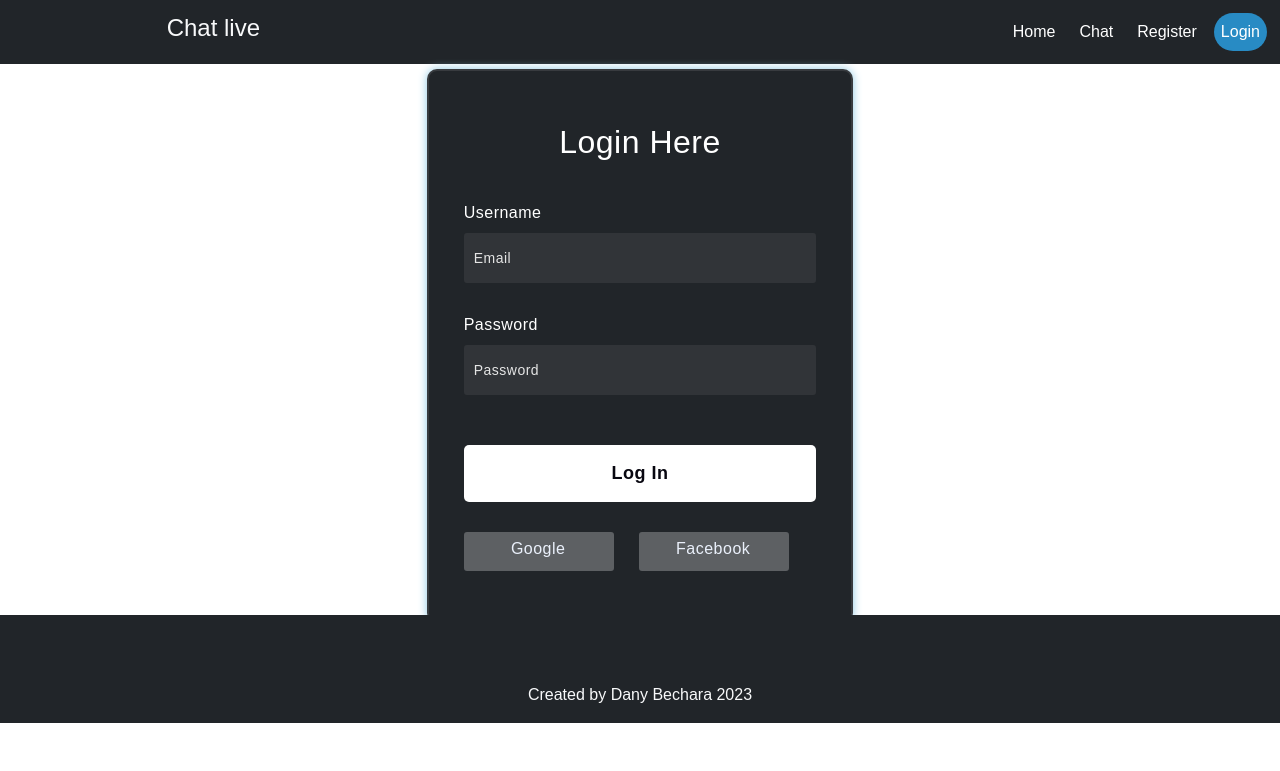
Repository: bechara611/chatv2
Page: /login
The author's editor kept a copy of each file at every save. The page is drawn from the files as they stood at one save, then again after the next save.
The browser window is 1280 px wide. The pictures show the whole page.
The project was rebuilt for these pictures with package versions that can differ from the ones it lists, and the page was loaded fresh each time. Also part of the build but not shown: src/auth/components/register.jsx, src/ui/components/Home.jsx.

Above is the page before, as saved 2023-03-03 14:40:28.

### src/index.js
import React from 'react';
import ReactDOM from 'react-dom/client';
import './index.css';
import App from './App';
import { BrowserRouter } from 'react-router-dom';
import 'bootstrap/dist/css/bootstrap.min.css'
import 'bootstrap/dist/js/bootstrap.bundle.js'

const root = ReactDOM.createRoot(document.getElementById('root'));
root.render(
  <BrowserRouter>
    <App />
    </BrowserRouter>
);

### src/index.css
*{
  font-family: 'Poppins',sans-serif;
}

### src/App.js
import React from 'react'
import { Rutas } from './Router/Routes';
import { Header } from './ui/components/Header';
import './App.css'
import { Footer } from './ui/components/Footer';
const App = () => {
  return (
    <>
      <div className="contenedor-completo">
        <Header></Header>
        <Rutas></Rutas>
       <Footer></Footer>

      </div>
    </>
  )
}
export default App;

### src/Router/Routes.jsx
import React from 'react'
import { Navigate, Route, Routes } from 'react-router-dom'
import { Login } from '../auth/components/login'
import { Register } from '../auth/components/register'
import { Home } from '../ui/components/Home'

export const Rutas = () => {

    return (

        <Routes>
            <Route path='/' element={<Home></Home>}></Route>
            <Route path='/login' element={<Login></Login>}></Route>
            <Route path='/register' element={<Register></Register>}></Route>
            <Route path='/chat' element={<h1>chat</h1>}></Route>
            <Route path='/*' element={<Navigate to={'/'}></Navigate>}></Route>
        </Routes>

    )
}

### src/ui/components/Header.jsx
import React from 'react'
import { NavLink } from 'react-router-dom'
import './Header.css'
export const Header = () => {
  return (
    <>

      <div className=" bg-dark contenedor-header col-12">
        <div className="titulo-header col-sm-4 col-12">
          <h4 className='text-light'>Chat live</h4>

        </div>
        <div className="col-sm-8 col-12  contenedor-menu">
          <nav className=' m-2 nav'>

            <NavLink className={ ({isActive}) => `item-menu  ${ isActive ? 'activeLink':'' }` } to={'/'} >Home</NavLink>
            <NavLink className={ ({isActive}) => `item-menu  ${ isActive ? 'activeLink':'' }` } to={'/chat'} >Chat</NavLink>
            <NavLink className={ ({isActive}) => `item-menu  ${ isActive ? 'activeLink':'' }` } to={'/register'} >Register</NavLink>
            <NavLink className={ ({isActive}) => `item-menu  ${ isActive ? 'activeLink':'' }` } to={'/login'} >Login</NavLink>
            </nav>
        </div>




      </div>
    </>

  )
}

### src/App.css
.contenedor-completo{
    min-height: 100vh;
   position: relative;
}

### src/ui/components/Footer.jsx
import React from 'react'
import './Footer.css'


let linkdn="https://linkedin.com/in/DanyBechara";
let correo="mailto:bechara611@gmail.com";
let blank='_blank';
let github='https://github.com/bechara611';
let whatssap='https://wa.me/584120361952';

export const Footer = () => {
  return (
    <>
      {/*Aca este footer le estamos colocando una posicion absolute y a su padre relativa para poder ubicarlo al final de su div padre */}
      <div className="footer col-12 mt-5 pt-1 bg-dark">
      <a href={linkdn} target={blank} className='animate__animated animate__lightSpeedInLeft'><i className=" linkdin fa-brands fa-linkedin iconoRedes"></i></a>
      <a href={whatssap} target={blank}  className='animate__animated animate__lightSpeedInLeft'><i className="whatssap fa-brands fa-whatsapp iconoRedes"></i></a>
      <a href={correo} target={blank}  className='animate__animated animate__lightSpeedInLeft'><i className="gmail fa-solid  fa-envelope iconoRedes"></i></a>
      <a href={github} target={blank}  className='  animate__animated animate__lightSpeedInLeft'><i className=" github fa-brands fa-github iconoRedes"></i></a>

     <div className="col-12 contenedor-mensaje-footer mt-1">
     <div className="col-12 contenedor-mensaje-footer">
     <p className='mensaje text-light'>Created by Dany Bechara {new Date().getFullYear().toString()}</p>
     </div>

     </div>
      </div>
    </>

  )
}

### src/auth/components/login.jsx
import React from 'react'
import './login.css'
export const Login = () => {
    return (
        <>
            <div className="col-12 contenedor-loginRegistro">
                <div className="col-4">
                    <form className='bg-dark formularioLoginRegister'>
                        <h3>Login Here</h3>

                        <label htmlFor="username">Username</label>
                        <input type="text" placeholder="Email" className='inputLoginRegister' id="username"></input>

                        <label htmlFor="password">Password</label>
                        <input type="password" placeholder="Password" className='inputLoginRegister' id="password"></input>

                        <button className='btnLoginRegister'>Log In</button>
                        <div className="social">
                            <div className="go"><i className="fab fa-google"></i>  Google</div>
                            <div className="fb"><i className="fab fa-facebook"></i>  Facebook</div>
                        </div>
                    </form>
                </div>
            </div>

            <div className="m-5 separador bg-primary"></div>
        </>
    )
}

### src/ui/components/Header.css
.contenedor-header{
    display: flex;
    flex-direction: row;
    flex-wrap: wrap;
}
.titulo-header{
    text-align: center;
    padding: 5px;
    display: flex;
    flex-direction: row;
    justify-content: center;
    align-items: center;
    align-self: center;
}
.contenedor-menu{
    display: flex;
    flex-direction: row;
    flex-wrap: nowrap;
    justify-content: flex-end;

}
.item-menu{
   margin: 5px;
   text-decoration: none;
   color: white;
  transition: all 1s ease;
   padding: 7px;
   border-radius: 20px;
}
.activeLink{
    background: rgb(40, 139, 196);
}
.item-menu:hover{
    text-decoration: none;
    background: rgb(40, 139, 196);
    color: white;
}

@media(max-width:577px){
.contenedor-menu{
        justify-content: center;
        text-align: center;
        align-self: center;
        align-items: center;
        flex-wrap: nowrap;
    }
    .nav{
        justify-content: center;
        text-align: center;
        align-self: center;
        align-items: center;
        flex-wrap: nowrap;
    }
    .item-menu{
    padding: 0px;
    }
}

### src/ui/components/Footer.css
.footer {

    background: #e5e5e5;
    position: absolute;
    bottom: 0%;
    display: flex;
    flex-direction: row;
    justify-content: center;
    text-align: center;
    align-items: center;
    justify-items: center;
    flex-wrap: wrap;

}


.iconoRedes {
    font-size: 40px;
    padding-left: 10px;
    margin: 5px;

}

.github:hover {
    color: #4b3074;

}
.github{
    color: #6e5494;
}

.whatssap:hover {
    color: #0c903c;
}
.whatssap{
    color: #25d366;

}

.gmail:hover {
    color: #e65f5f;
}

.gmail{
    color: #cc0000;
}

.linkdin:hover {
    color: #0780ac;
}

.linkdin{
    color: #0377a1;
}

.contenedor-mensaje-footer {
    display: flex;
    flex-direction: row;
    justify-content: center;
    text-align: center;
    align-items: center;
    justify-items: center;
}

/*?RESPONSIVE*/

@media(max-width:255px) {
    .iconoRedes {
        font-size: 30px;
        padding-left: 5px;
    }

    .mensaje {
        font-size: 10px;
    }
}

### src/auth/components/login.css
*,
*:before,
*:after{
    padding: 0;
    margin: 0;
    box-sizing: border-box;
}

.contenedor-loginRegistro{
  margin-top: 5px;
  display: flex;
  flex-direction: row;
  justify-content: center;
  align-items: center;
}

  .formularioLoginRegister{
    margin-bottom: 100px;
    background-color: rgb(29, 29, 29,.6);
    top: 50%;
    left: 50%;
    border-radius: 10px;
    backdrop-filter: blur(10px);
    border: 2px solid rgba(255,255,255,0.1);
    box-shadow: 0 0 10px rgba(142, 201, 228, 1);
    padding: 50px 35px;
}
.formularioLoginRegister *{

    color: #ffffff;
    letter-spacing: 0.5px;
    outline: none;
    border: none;
}
.formularioLoginRegister h3{
    font-size: 32px;
    font-weight: 500;
    line-height: 42px;
    text-align: center;
}

label{
    display: block;
    margin-top: 30px;
    font-size: 16px;
    font-weight: 500;
}
.inputLoginRegister{
    display: block;
    height: 50px;
    width: 100%;
    background-color: rgba(255,255,255,0.07);
    border-radius: 3px;
    padding: 0 10px;
    margin-top: 8px;
    font-size: 14px;
    font-weight: 300;
}
::placeholder{
    color: #e5e5e5;
}
.btnLoginRegister{
    margin-top: 50px;
    width: 100%;
    background-color: #ffffff;
    color: #080710;
    padding: 15px 0;
    font-size: 18px;
    font-weight: 600;
    border-radius: 5px;
    cursor: pointer;
}
.btnLoginRegister:hover{
  background: #94b1dd;;
}
.social{
  margin-top: 30px;
  display: flex;
}
.social div{
  background: red;
  width: 150px;
  border-radius: 3px;
  padding: 5px 10px 10px 5px;
  background-color: rgba(255,255,255,0.27);
  color: #eaf0fb;
  text-align: center;
}
.social div:hover{
  background-color: rgba(255,255,255,0.47);
}
.social .fb{
  margin-left: 25px;
}
.social i{
  margin-right: 4px;
}

After the next save:
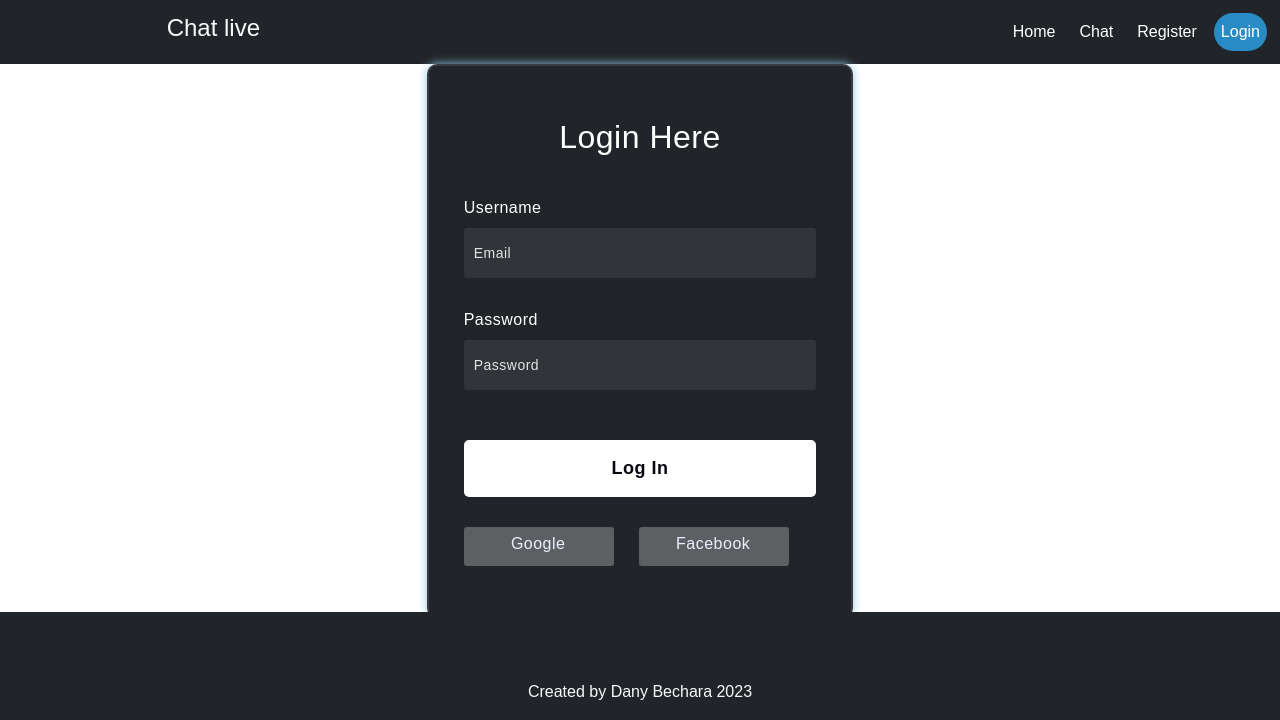
Saved 22 s later.
--- a/src/auth/components/login.css
+++ b/src/auth/components/login.css
@@ -7,7 +7,7 @@
 }
 
 .contenedor-loginRegistro{
-  margin-top: 5px;
+
   display: flex;
   flex-direction: row;
   justify-content: center;

After the save that followed:
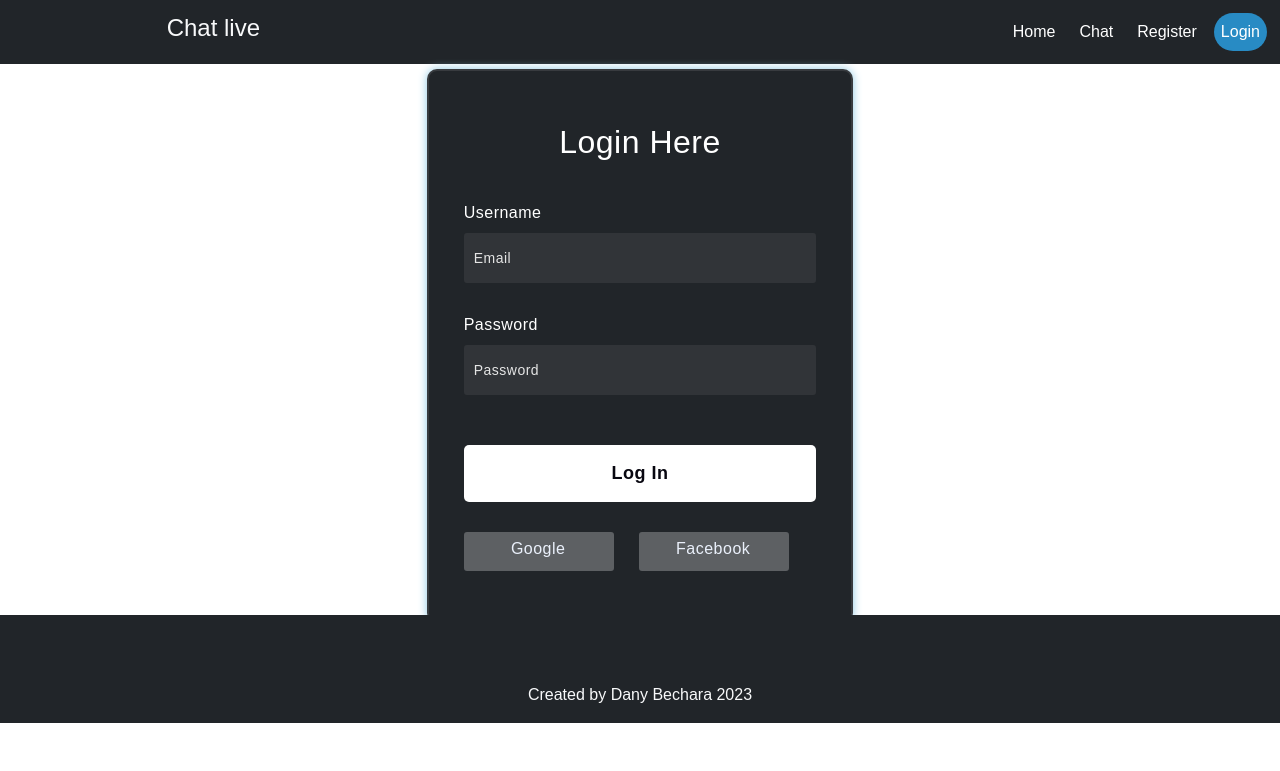
Saved 7 s later.
--- a/src/auth/components/login.css
+++ b/src/auth/components/login.css
@@ -7,7 +7,7 @@
 }
 
 .contenedor-loginRegistro{
-
+  margin-top: 5px;
   display: flex;
   flex-direction: row;
   justify-content: center;
